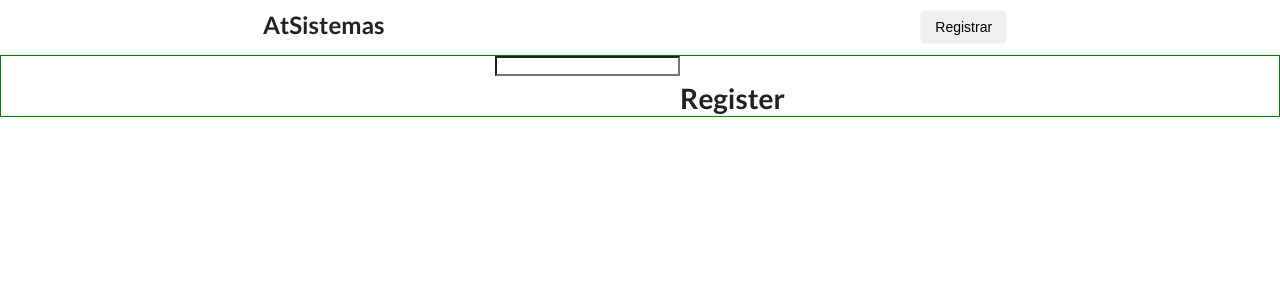
Repository: banchiec/atsistemas
Page: /site/register-site
These files come from the project's save history. The page is drawn as it stood at one moment and after the next save; the edit follows.
The browser window is 1280 px wide. The pictures show the whole page.
The project was rebuilt for these pictures with package versions that can differ from the ones it lists, and the page was loaded fresh each time. Also part of the build but not shown: src/components/SiteCard/SiteCard.js, src/redux/actions/sitesActions.js, src/screens/SiteScreen/SiteScreen.js, src/screens/SiteDetailsScreen/SiteDetailsScreen.js.

Above is the page before, as saved 2022-08-16 14:01:01.

After the next save:
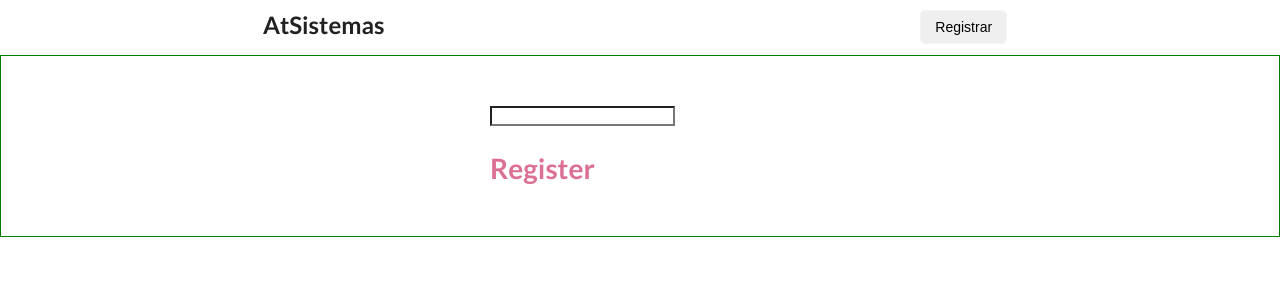
Saved 29 s later.
--- a/src/screens/RegisterSiteScreen/RegisterSiteScreen.js
+++ b/src/screens/RegisterSiteScreen/RegisterSiteScreen.js
@@ -1,4 +1,4 @@
-import { ContainerRegisterSiteScreen } from "./registerSiteScreenStyled"
+import { ContainerRegisterSiteScreen, FormControl } from "./registerSiteScreenStyled"
 
 const RegisterSiteScreen = () => {
 
@@ -7,10 +7,13 @@ const RegisterSiteScreen = () => {
 	}
 	return(
 		<ContainerRegisterSiteScreen>
+			<FormControl>
+
 			<form onSubmit={handleSubmit}>
-				<input type="text"/>
+				<input type="text" />
 			</form>
 			<h1>Register</h1>
+			</FormControl>
 		</ContainerRegisterSiteScreen>
 	)
 }
